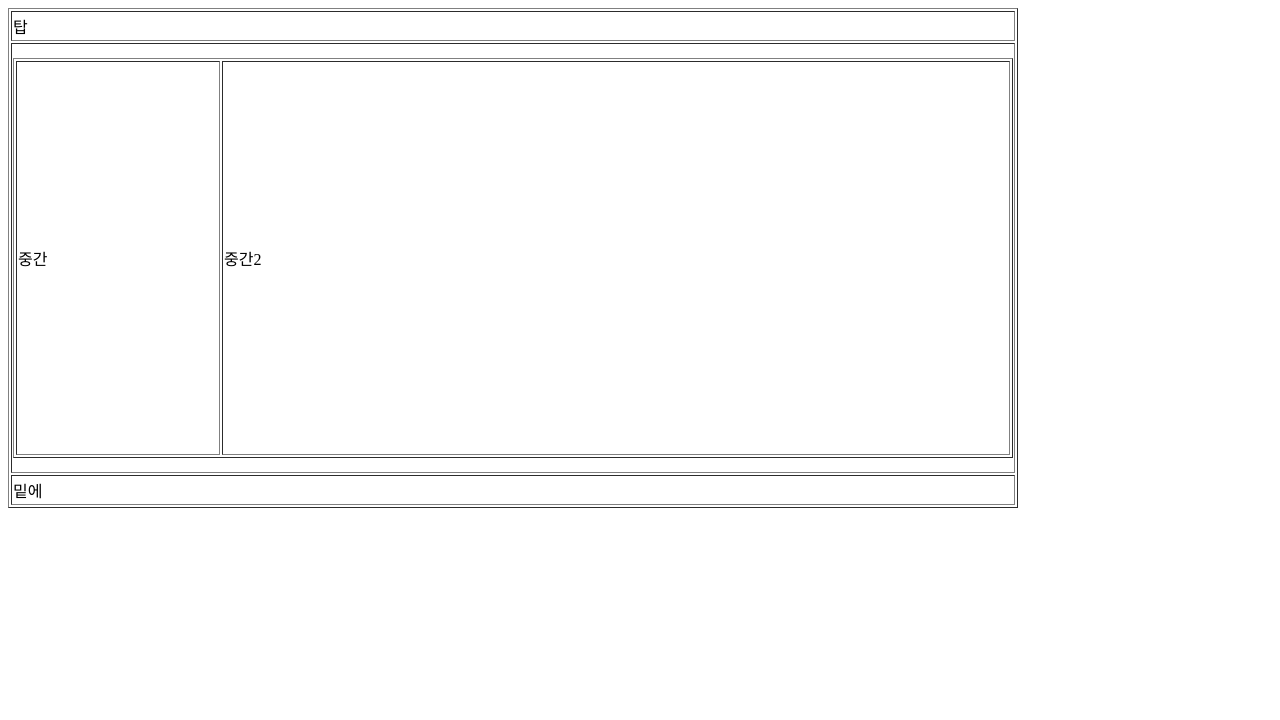
Repository: ikobean/ikoebean
Page: http://localhost/dev_jsp/ch07/index.jsp
These files come from the project's save history. The page is drawn as it stood at one moment and after the next save; the edit follows.
The browser window is 1280 px wide. The pictures show the whole page.
The page is served by Tomcat 9.

Above is the page before, as saved 2019-07-17 01:48:54.

After the next save:
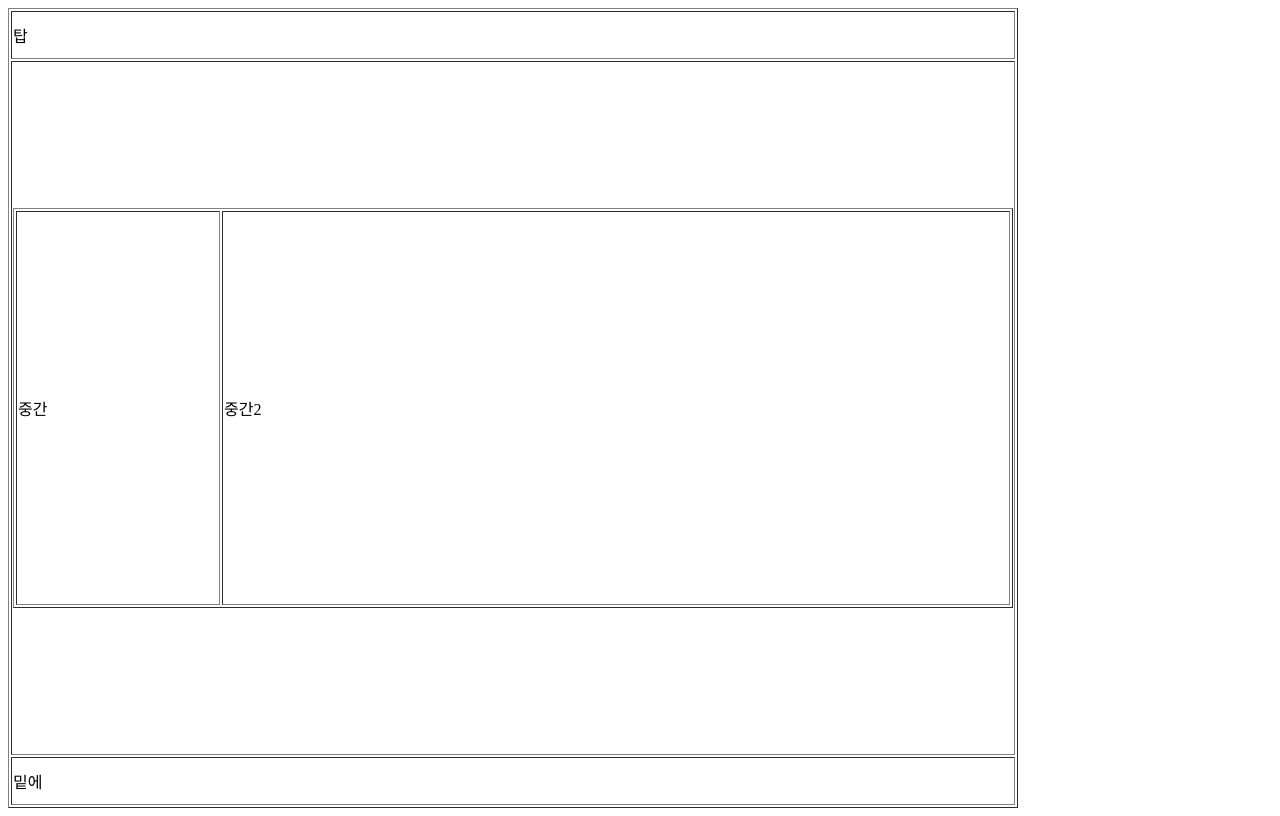
Saved 15 s later.
--- a/workspace_jsp/dev_jsp/WebContent/ch07/index.jsp
+++ b/workspace_jsp/dev_jsp/WebContent/ch07/index.jsp
@@ -7,7 +7,7 @@
 <title>Insert title here</title>
 </head>
 <body>
-<table border=1 width="1000" height="500">
+<table border=1 width="1000" height="800">
 	<tr>
 	<td>탑</td>
 	</tr>
